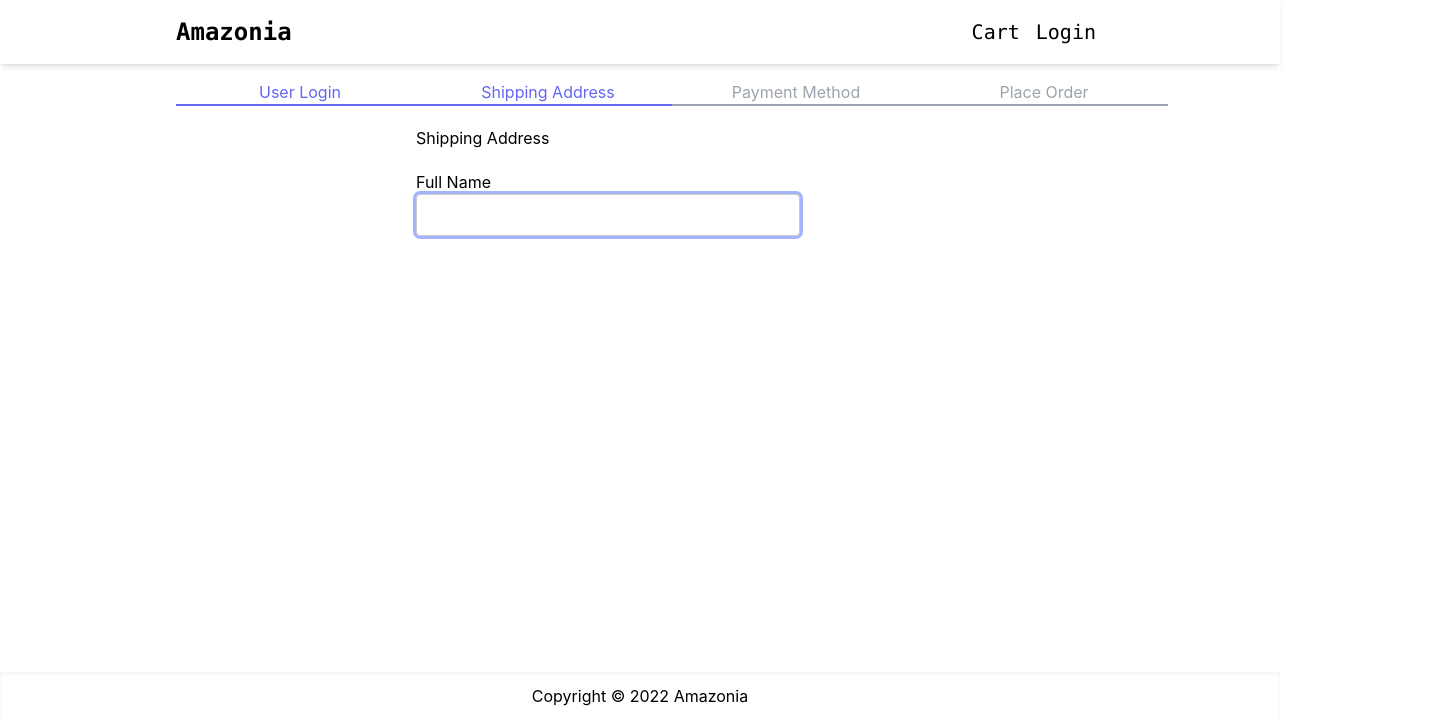
Repository: chidieb11/shop
Page: /shipping
The author's editor kept a copy of each file at every save. The page is drawn from the files as they stood at one save, then again after a run of saves.
The browser window is 1280 px wide. The page is 1440 px wide, so the pictures cover 1440 px, including what lies to the right of the window. The pictures show the whole page.
The page's requests for data from a server got no answer. The project was rebuilt for these pictures with package versions that can differ from the ones it lists, and the page was loaded fresh each time. The framework's server and built-in components were replaced by stand-ins that run in the browser. No one was signed in, and anything a server would have sent is missing. Also part of the build but not shown: next.config.js, components/DropdownLink.js.

Above is the page before, as saved 2022-06-28 22:08:57.

### pages/_app.js
import "../styles/globals.css";
import { StoreProvider } from "../utils/Store";
import { SessionProvider } from "next-auth/react";

function MyApp({ Component, pageProps:{session, ...pageProps }}) {
  return (
    <SessionProvider session={session}>
      <StoreProvider>
        <Component {...pageProps} />
      </StoreProvider>
    </SessionProvider>
  );
}

export default MyApp;

### pages/shipping.js
import React from "react";
import { useForm } from "react-hook-form";
import CheckoutWizard from "../components/CheckoutWizard";
import Layout from "../components/Layout";

const ShippingScreen = () => {
  const {
    handleSubmit,
    register,
    formState: { errors },
    setValue,
  } = useForm();

  return (
    <Layout title="Shipping Address">
      <CheckoutWizard activeStep={1} />

      <form className="mx-auto max-w-screen-md">
        <h1 className="capitalize mb-5">shipping address</h1>
        <div className="mb-4 flex flex-col">
          <label htmlFor="fullName">Full Name</label>
          <input
            type="text"
            className="w-96"
            id="fullName"
            autoFocus
            {...register("fullName", {
              required: "Please Enter Your Full Name",
            })}
            style={{ border: "1px solid #ccc", outline: "none" }}
          />
          {errors.fullName && (
            <div className="text-red-500">{errors.fullName.message}</div>
          )}
        </div>
      </form>
    </Layout>
  );
};

export default ShippingScreen;

### styles/globals.css
@tailwind base;
@tailwind components;
@tailwind utilities;

html,
body {
  padding: 0;
  margin: 0;
  font-family: -apple-system, BlinkMacSystemFont, Segoe UI, Roboto, Oxygen,
    Ubuntu, Cantarell, Fira Sans, Droid Sans, Helvetica Neue, sans-serif;
}

a {
  color: inherit;
  text-decoration: none;
}

* {
  box-sizing: border-box;
}

.card {
  @apply mb-5 block rounded-lg border border-gray-200 shadow-md;
}

.primary-button {
  @apply rounded bg-amber-200 py-2 px-4 shadow outline-none hover:bg-amber-400 active:bg-amber-500;
}

input,
select,
textarea {
  @apply rounded border-none p-2 outline-none ring-indigo-300 focus:ring;
}

.dropdown-link {
  @apply flex p-2 hover:bg-gray-200;
}

### utils/Store.js
import Cookies from "js-cookie";
import { createContext, useReducer } from "react";

export const Store = createContext();

const initialState = {
  cart: Cookies.get("cart")
    ? JSON.parse(Cookies.get("cart"))
    : { cartItems: [] },
};

function reducer(state, action) {
  switch (action.type) {
    case "CART_ADD_ITEM": {
      const newItem = action.payload;
      const existingItem = state.cart.cartItems.find(
        (item) => item.slug === newItem.slug
      );
      const cartItems = existingItem
        ? state.cart.cartItems.map((item) =>
            item.name === existingItem.name ? newItem : item
          )
        : [...state.cart.cartItems, newItem];
      Cookies.set("cart", JSON.stringify({ ...state.cart, cartItems }));
      return { ...state, cart: { ...state.cart, cartItems } };
    }
    case "CART_REMOVE_ITEM": {
      const cartItems = state.cart.cartItems.filter(
        (item) => item.slug !== action.payload.slug
      );
      Cookies.set("cart", JSON.stringify({ ...state.cart, cartItems }));
      return { ...state, cart: { ...state.cart, cartItems } };
    }
    case "CLEAR_RESET":
      return {
        ...state,
        cart: {
          cartItems: [],
          shippingAddress: { location: [] },
          paymentMethod: "",
        },
      };
    default:
      return state;
  }
}

export function StoreProvider({ children }) {
  const [state, dispatch] = useReducer(reducer, initialState);
  const value = { state, dispatch };
  return <Store.Provider value={value}>{children}</Store.Provider>;
}

### components/CheckoutWizard.js
import React from "react";

const CheckoutWizard = ({ activeStep = 0 }) => {
  return (
    <div className="mb-5 flex flex-wrap md:mr-64">
      {["User Login", "Shipping Address", "Payment Method", "Place Order"].map(
        (step, index) => (
          <div
            key={step}
            className={`flex-1 border-b-2 text-center ${
              index <= activeStep
                ? "border-indigo-500 text-indigo-500"
                : "border-gray-400 text-gray-400"
            }`}
          >
            {step}
          </div>
        )
      )}
    </div>
  );
};

export default CheckoutWizard;

### components/Layout.js
import Head from "next/head";
import Link from "next/link";
import React, { useContext, useEffect, useState } from "react";
import { Store } from "../utils/Store";
import { signOut, useSession } from "next-auth/react";
import { ToastContainer } from "react-toastify";
import "react-toastify/dist/ReactToastify.css";
import { Menu } from "@headlessui/react";
import DropdownLink from "./DropdownLink";
import Cookies from "js-cookie";

const Layout = ({ title, children }) => {
  const { state, dispatch } = useContext(Store);
  const { cart } = state;
  const [cartItemCount, setCartItemCount] = useState(0);
  const { status, data: session } = useSession();

  useEffect(() => {
    setCartItemCount(
      cart.cartItems.reduce(
        (accumulator, currentQuantity) =>
          accumulator + currentQuantity.quantity,
        0
      )
    );
  }, [cart.cartItems]);

  const logoutClickHandler = () => {
    Cookies.remove("cart");
    dispatch({ type: "CLEAR_RESET" });
    signOut({ callbackUrl: "/login" });
  };

  return (
    <>
      <Head>
        <title>{title ? title + "-Amazonia" : "Amazonia"}</title>
        <meta name="description" content="Ecommerce Website" />
        <link rel="icon" href="/favicon.ico" />
      </Head>

      <ToastContainer position="bottom-center" limit={1} />

      <div className="flex min-h-screen flex-col justify-between">
        {/* Navbar */}
        <header className="top-0 sticky shadow-md">
          <nav className="flex justify-between items-center px-4 md:mx-40 h-16">
            <Link href="/">
              <a className="text-2xl font-bold font-mono capitalize">
                amazonia
              </a>
            </Link>
            <div>
              <Link href="cart">
                <a className="p-2 capitalize text-xl font-mono">
                  cart
                  {cartItemCount > 0 && (
                    <span className="ml-1 rounded-full bg-red-600 text-white px-2 pt-1 text-center font-bold text-xs">
                      {cartItemCount}
                    </span>
                  )}
                </a>
              </Link>

              {status === "loading" ? (
                "loading"
              ) : session?.user ? (
                <Menu as="div" className="relative inline-block">
                  <Menu.Button>{session.user.name}</Menu.Button>
                  <Menu.Items className="absolute right-0 w-56 origin-top-right bg-white shadow-lg rounded-md">
                    <Menu.Item>
                      <DropdownLink className="dropdown-link" href="/profile">
                        Profile
                      </DropdownLink>
                    </Menu.Item>
                    <Menu.Item>
                      <DropdownLink
                        className="dropdown-link"
                        href="/order-history"
                      >
                        Order History
                      </DropdownLink>
                    </Menu.Item>
                    <Menu.Item>
                      <a
                        className="dropdown-link"
                        href="#"
                        onClick={logoutClickHandler}
                      >
                        Logout
                      </a>
                    </Menu.Item>
                  </Menu.Items>
                </Menu>
              ) : (
                <Link href="/login">
                  <a className="text-xl font-mono p-2">Login</a>
                </Link>
              )}
            </div>
          </nav>
        </header>

        {/* Main */}
        <main className="container m-auto mx-40 mt-4 px-4">{children}</main>

        {/* Footer */}
        <footer className="flex justify-center items-center shadow-inner h-12">
          <p>Copyright &copy; 2022 Amazonia</p>
        </footer>
      </div>
    </>
  );
};

export default Layout;

Loaded but not shown: tailwind.config.js (common file)

After the next 2 saves:
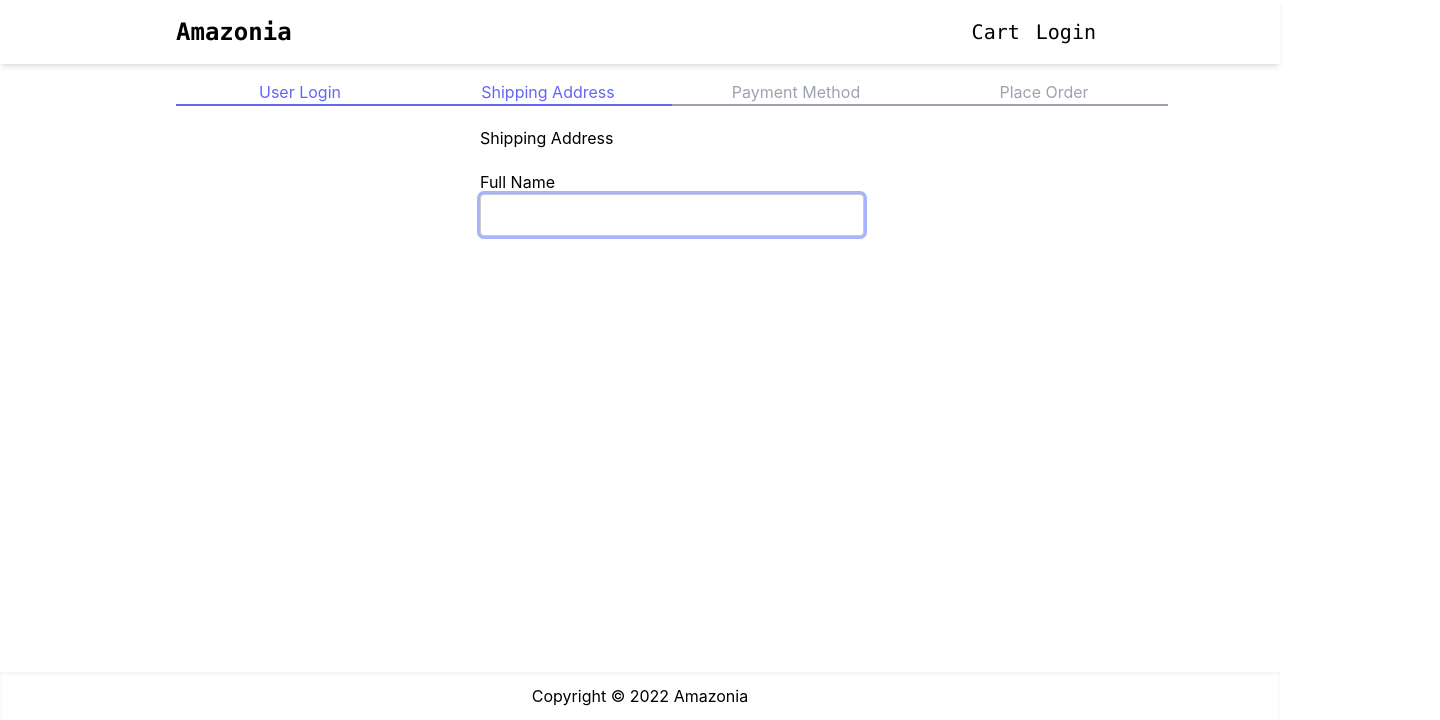
The 2 saves are shown as one change because they came seconds apart.
The last was saved 16 s later.
--- a/pages/shipping.js
+++ b/pages/shipping.js
@@ -15,7 +15,7 @@ const ShippingScreen = () => {
     <Layout title="Shipping Address">
       <CheckoutWizard activeStep={1} />
 
-      <form className="mx-auto max-w-screen-md">
+      <form className="mx-auto max-w-screen-sm">
         <h1 className="capitalize mb-5">shipping address</h1>
         <div className="mb-4 flex flex-col">
           <label htmlFor="fullName">Full Name</label>
